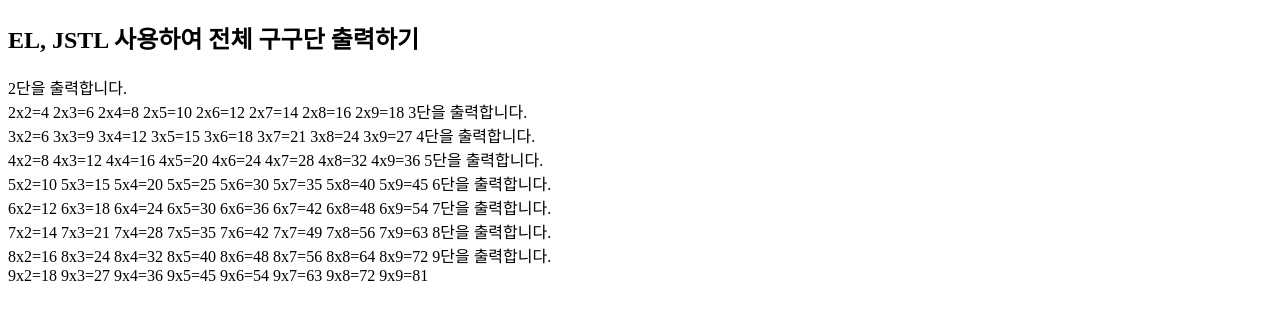
Repository: nobley3/EclipseIDE
Page: http://localhost/ELprj0908실습/quiz7
An editor plug-in stored every save of this project. The page is shown before and after the next save, followed by the edit.
The browser window is 1280 px wide. The pictures show the whole page.
The page is served by Tomcat 9.

Above is the page before, as saved 2023-09-08 06:34:35.

After the next save:
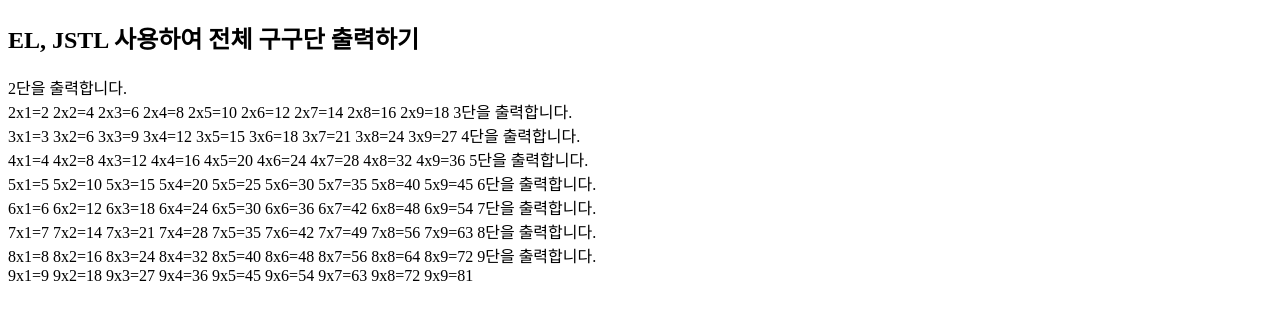
Saved 4 s later.
--- a/ELprj0908실습/src/main/webapp/WEB-INF/views/quiz7.jsp
+++ b/ELprj0908실습/src/main/webapp/WEB-INF/views/quiz7.jsp
@@ -13,7 +13,7 @@
 
 <c:forEach var="i" begin="2" end="9">
 <c:out value="${i}단을 출력합니다."/><br/>
-<c:forEach var="j" begin="2" end="9">
+<c:forEach var="j" begin="1" end="9">
 ${i}x${j}=${i*j}
 </c:forEach>
 
